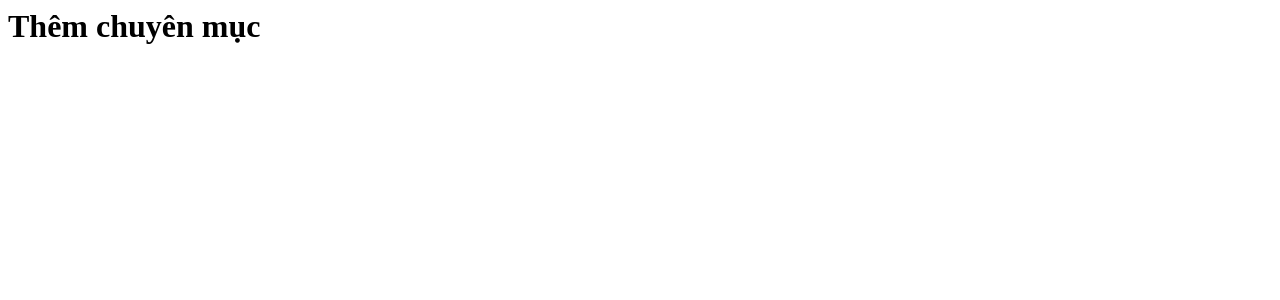
Repository: DongVersion2/laravel-test
Page: http://localhost/categories/add
The author's editor kept a copy of each file at every save. The page is drawn from the files as they stood at one save, then again after the next save.
The browser window is 1280 px wide. The pictures show the whole page.
The page is served by the project's Laravel application, run on PHP 8.4 with Laravel 8. Other server files are loaded and not shown.

Above is the page before, as saved 2024-05-03 08:51:01.

### routes/web.php
<?php

use Illuminate\Support\Facades\Route;
// use App\Models\User;
use Illuminate\Http\Request;
use App\Http\Controllers\HomeController;
use App\Http\Controllers\CategoriesController;
/*
|--------------------------------------------------------------------------
| Web Routes
|--------------------------------------------------------------------------
|
| Here is where you can register web routes for your application. These
| routes are loaded by the RouteServiceProvider within a group which
| contains the "web" middleware group. Now create something great!
|
*/

// Route::get('/', function () {
//     // return view('welcome');
//     return view('home');
// })->name('homes');

//theo kiểu submit form
// Route::get('unicode', function ()
// {
//     return view('form');
// });

// Route::post('unicode', function()
// {
//     return 'phương thức post của path /unicode';
// });

// Route::put('unicode', function()
// {
//     return 'phương thức put của path / unicode';
// });

// Route::delete('unicode', function()
// {
//     return 'phương thức delete của path / unicode';
// });

// Route::patch('unicode', function()
// {
//     return 'phương thức put của patch / unicode';
// });

//nhận nhiều request
// Route::match(['get', 'post'], 'unicode', function()
// {
//    return $_SERVER['REQUEST_METHOD'];
// });

// Route::get('show-form', function()
// {
//    return view('form');
// });

//nhận tất cả các request
// Route::any('unicode', function(Request  $request)
// {
//     return $request->method();
// });

//nhận request và sau đó chuyển hướng path
// Route::redirect('unicode', 'https://laravel.com/');

//nhóm các route lại
// Route::prefix('admin')->group(function ()
// {
//     Route::get('show-form-1', function()
// {
//    return view('form');
// });
// Route::get('show-form-2', function()
// {
//    return view('form');
// });
// });

//route có tham số
//tham số có điều kiện k bắt buộc
// Route::get('tin-tuc/{id?}', function($id=null)
//tham số có điều kiện bắt buộc
// Route::get('tin-tuc/{slug?}-{id?}.html', function ($slug=null, $id=null) {
//     $content = 'nội dung slug ';
//     $content .= 'id = ' . $id . '<br>';
//     $content .= 'slug = ' . $slug;
//     return $content;
//     //valiadate
// })->where('id','[0-9]+')->where('slug', '.+')->name('tintuc');
// // hoặc cách khác
// // })->where(
// //     [
// //         // 'slug' => '[a-z-]+',
// //         'slug' => '.+',
// //         'id' => '[0-9]+'
// //     ]
// // );
// Route::get('show-form', function(){
//     return view('form');
// });

// Route::prefix('products')->middleware('checkpermission')->group(function ()
// {
//     Route::get('/', function()
//     {
//         return 'Danh sách sản phẩm';
//     });
//     Route::get('add', function()
//     {
//         return 'Thêm sản phẩm';
//     });
//     Route::get('edit', function()
//     {
//         return 'Sửa sản phẩm';
//     });
// });

// Route::get('/', 'App\Http\Controllers\HomeController@index')->name('home');

// Route::get('/tin-tuc', 'HomeController@getNews')->name('news');

// Route::get('/chuyen-muc', [HomeController::class, 'getCategories']);

// HẾT BÀI 5




// // database
// Route::get('/test-data', function () {
//     // $user = new User();
//     // $allUser = $user::all();
//     // dd($allUser);
// });


// BẮT ĐẦU BÀI 6
//client routes
Route::prefix('categories')->group(function ()
{
    //danh sách chuyên mục
    Route::get('/', [CategoriesController::class, 'index']);

    //lấy chi tiết 1 chuyên mục (áp dụng show form sửa chuyên mục)
    Route::get('/eidt/{id}', [CategoriesController::class, 'getCategory']);

    //xử lí update chuyên mục
    Route::post('/edit/{id}', [CategoriesController::class, 'updateCategory']);

    //hiện thị form add dữ liệu
    Route::get('/add', [CategoriesController::class, 'addCategory']);

    //xử lí thêm chuyên mục
    Route::post('/add', [CategoriesController::class, 'handleAddCategory']);

    //xóa chuyên mục
    Route::delete('/delete/{id}', [CategoriesController::class, 'deleteCategory']);
});

### app/Http/Controllers/CategoriesController.php
<?php

namespace App\Http\Controllers;

use Illuminate\Http\Request;

class CategoriesController extends Controller
{
    public function __construct()
    {

    }

    //hiển thị danh sách chuyên mục (method get)
    public function index()
    {
        return view('clients/categories/list');
    }

    //lấy ra 1 chuyên mục theo id (method get)
    public function getCategory($id)
    {
        return view('clients/categories/edit');
    }

    //sửa 1 chuyên mục(method post)
    public function updateCategory($id)
    {
        return "Submit sửa chuyên mục".$id;
    }

    //show form thêm dữ liệu (method get)
    public function addCategory()
    {
        return view('clients/categories/add');
    }

    //thêm dữ liệu vào chuyên mục(method post)
    public function handleAddCategory()
    {
        return "Submit thêm chuyên mục";
    }

    //xóa dữ liệu (method delete)
    public function deleteCategory($id)
    {
        return "Submit xóa chuyên mục".$id;
    }
}

### resources/views/clients/categories/add.php
<h1>Thêm chuyên mục</h1>

Loaded but not shown: app/Http/Controllers/Controller.php (common file)

After the next save:
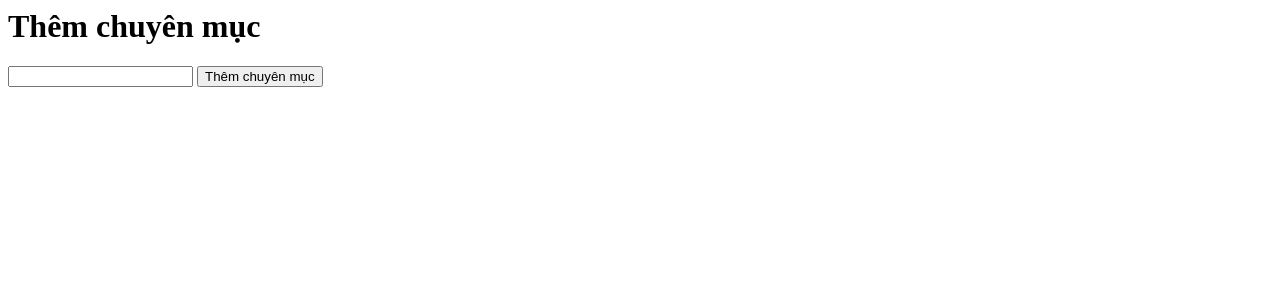
Saved 5 min 25 s later.
--- a/resources/views/clients/categories/add.php
+++ b/resources/views/clients/categories/add.php
@@ -1 +1,6 @@
 <h1>Thêm chuyên mục</h1>
+
+<form method="POST" action="">
+    <input type="text" name="" placeholder="">
+    <button type="submit">Thêm chuyên mục</button>
+</form>
